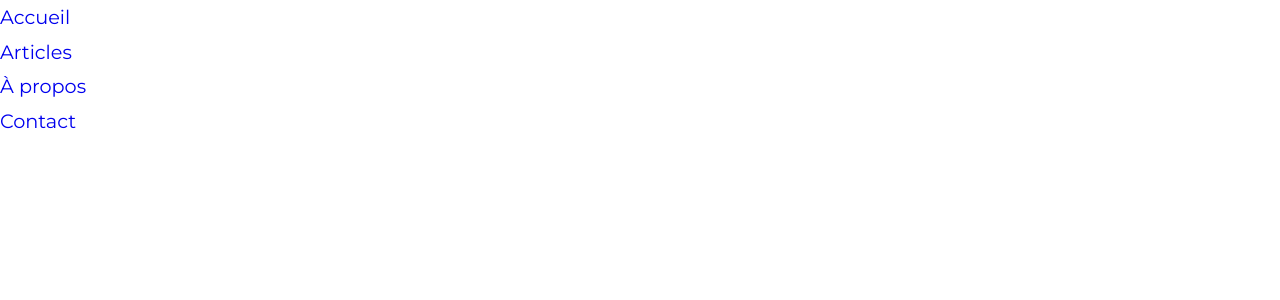
Repository: DorianABDS/Portfolio-ABBADESSA-Dorian
Page: index.html
The author's editor kept a copy of each file at every save. The page is drawn from the files as they stood at one save, then again after the next save.
The browser window is 1280 px wide. The pictures show the whole page.

Above is the page before, as saved 2024-11-25 23:09:15.

After the next save:
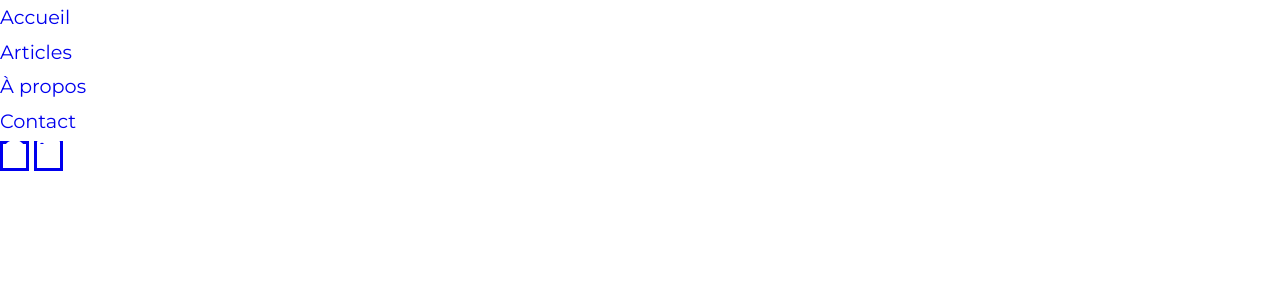
Saved 29 s later.
--- a/style.css
+++ b/style.css
@@ -21,5 +21,5 @@ html, body {
 }
 
 .social a {
-    border-color: black;
+    border: solid;
 }
